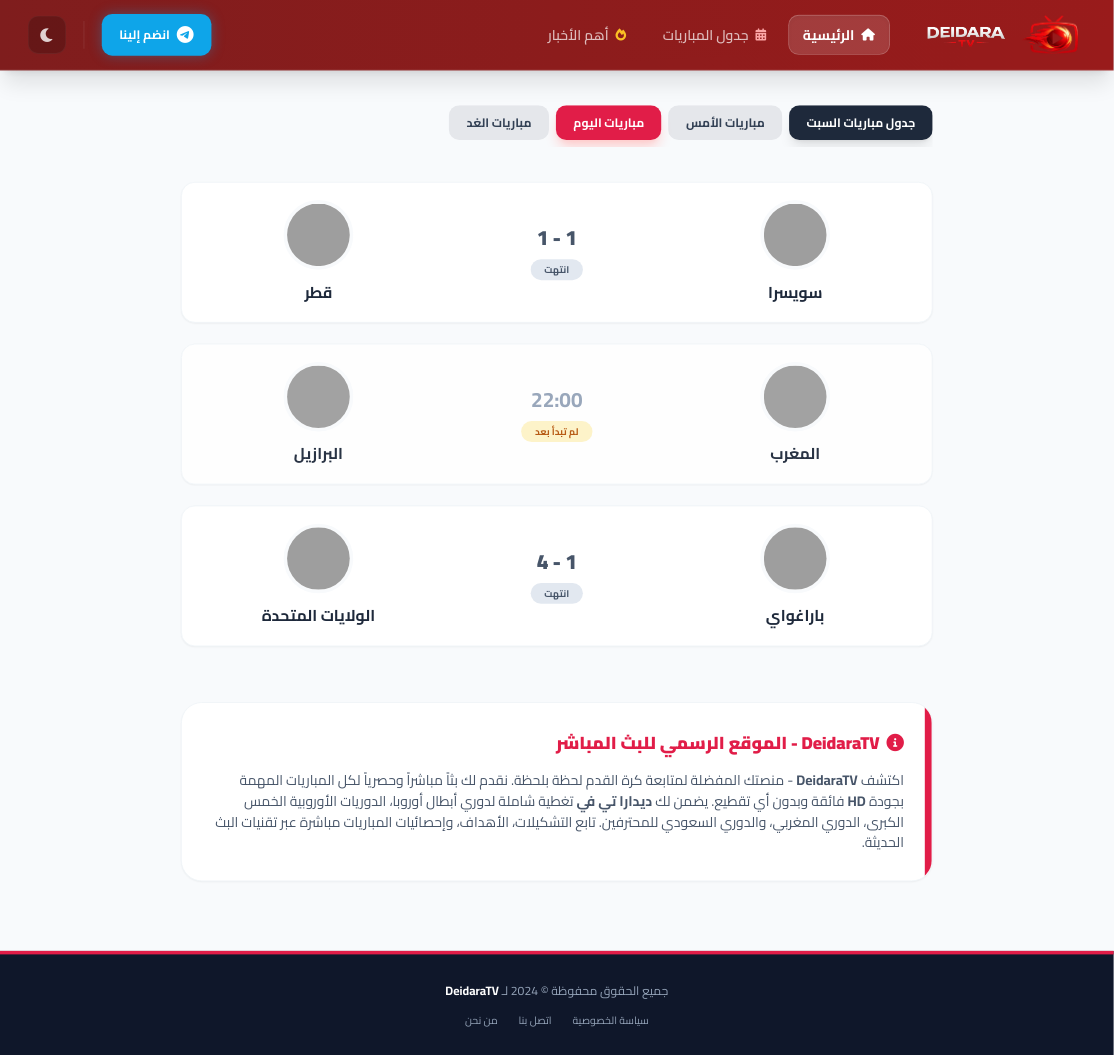
Repository: zakariax05/deidaraTV
Page: index.html
These files come from the project's save history. The page is drawn as it stood at one moment and after the next save; the edit follows.
The browser window is 1280 px wide. The pictures show the whole page, at 87% of full size.
Pictures or frames that could not be fetched are drawn as grey boxes. Some web libraries are served in a nearby version.

Above is the page before, as saved 2026-06-14 03:40:55.

After the next save:
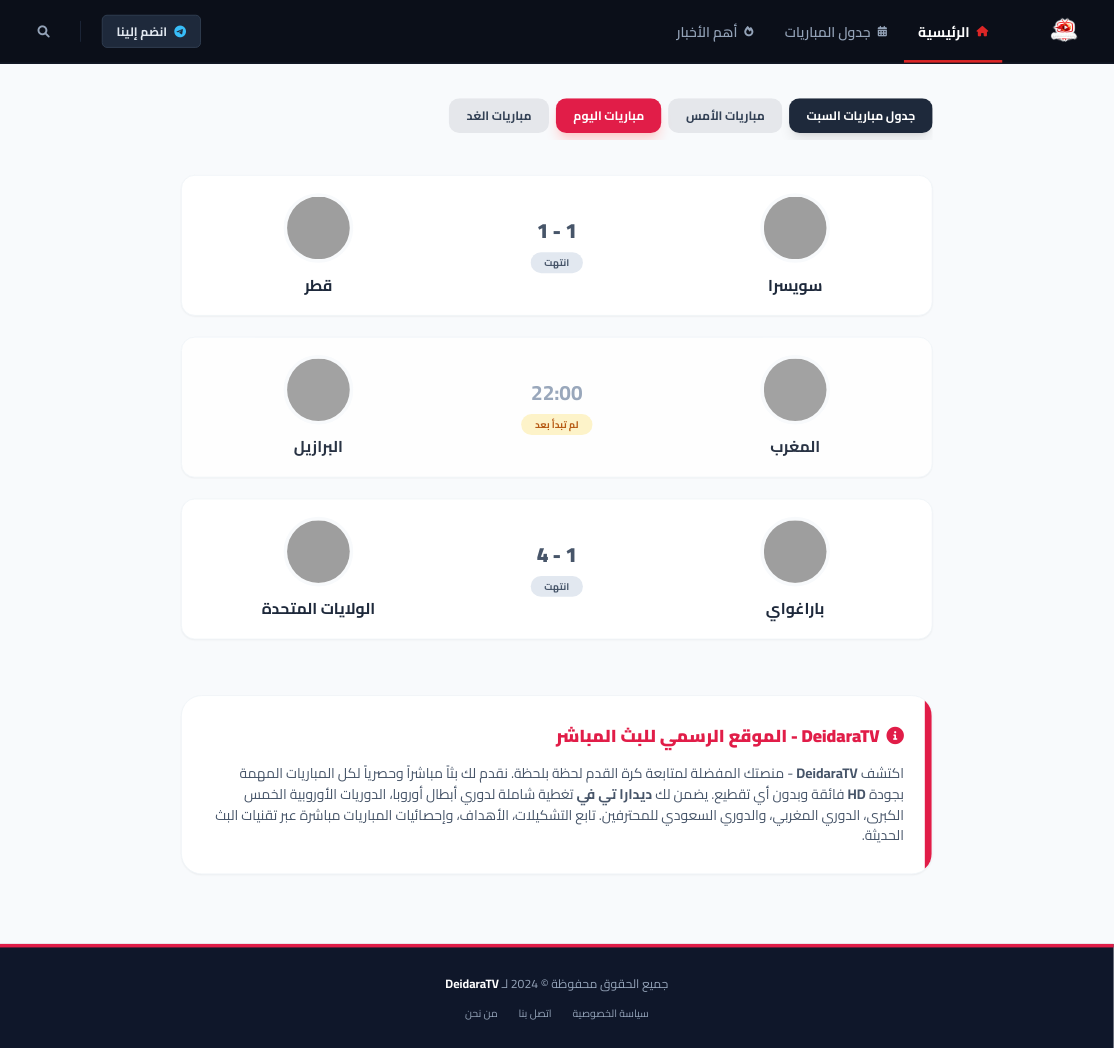
Saved 2 min 2 s later.
--- a/index.html
+++ b/index.html
@@ -41,53 +41,52 @@
 
   <!-- Header / الهيدر -->
   <!-- الهيدر المطور للرئيسية - DeidaraTV -->
-  <header
-    class="sticky top-0 z-[100] bg-gradient-to-l from-red-800 to-red-900 text-white shadow-xl backdrop-blur-lg bg-opacity-95 border-b border-white/10">
+  <header class="bg-[#0b0f19] text-slate-300 border-b border-slate-800/80 sticky top-0 z-[100]">
     <div class="container mx-auto px-4 lg:px-8">
-      <div class="flex justify-between items-center h-16 md:h-20" dir="rtl">
-
-        <div class="flex items-center gap-6 md:gap-10">
-          <div onclick="window.location.reload()" class="flex items-center gap-3 cursor-pointer group select-none">
-            <img src="imgs/icon.png" alt="DeidaraTV Icon"
-              class="h-9 md:h-12 w-auto object-contain transition-transform duration-300 group-hover:scale-105 group-hover:-rotate-3">
-            <img src="imgs/caption logo.png" alt="DeidaraTV Text"
-              class="h-6 md:h-8 w-auto object-contain transition-opacity duration-300 group-hover:opacity-90 hidden sm:block">
+      <div class="flex justify-between items-center h-16 md:h-[72px]" dir="rtl">
+
+        <div class="flex items-center gap-8 lg:gap-12">
+          <div onclick="window.location.reload()"
+            class="flex items-center gap-3 cursor-pointer group select-none relative z-50">
+            <img src="imgs/logo-deidaratv.png" alt="DeidaraTV Logo"
+              class="h-10 md:h-12 w-auto object-contain transition-opacity hover:opacity-80"
+              style="filter: drop-shadow(1px 1px 0px #fff) drop-shadow(-1px -1px 0px #fff) drop-shadow(1px -1px 0px #fff) drop-shadow(-1px 1px 0px #fff);">
           </div>
 
-          <nav class="hidden lg:flex items-center gap-2">
-            <a href="#"
-              class="flex items-center gap-2 px-4 py-2.5 rounded-xl bg-white/15 text-white font-bold transition-all border border-white/20 shadow-inner">
-              <i class="fas fa-home text-sm"></i> الرئيسية
+          <nav class="hidden lg:flex items-center gap-1 h-full">
+            <a href="#" class="relative flex items-center gap-2 px-4 h-[72px] text-white font-bold transition-colors">
+              <i class="fas fa-home text-xs text-red-600"></i> الرئيسية
+              <span class="absolute bottom-0 left-0 w-full h-[3px] bg-red-600"></span>
             </a>
             <a href="#"
-              class="flex items-center gap-2 px-4 py-2.5 rounded-xl text-white/70 hover:bg-white/10 hover:text-white transition-all font-semibold border border-transparent hover:border-white/10">
-              <i class="fas fa-calendar-alt text-sm text-red-300"></i> جدول المباريات
+              class="flex items-center gap-2 px-4 h-[72px] text-slate-400 hover:text-white hover:bg-white/5 transition-all font-semibold">
+              <i class="fas fa-calendar-alt text-xs"></i> جدول المباريات
             </a>
             <a href="#"
-              class="flex items-center gap-2 px-4 py-2.5 rounded-xl text-white/70 hover:bg-white/10 hover:text-white transition-all font-semibold border border-transparent hover:border-white/10">
-              <i class="fas fa-fire text-sm text-amber-400"></i> أهم الأخبار
+              class="flex items-center gap-2 px-4 h-[72px] text-slate-400 hover:text-white hover:bg-white/5 transition-all font-semibold">
+              <i class="fas fa-fire text-xs"></i> أهم الأخبار
             </a>
           </nav>
         </div>
 
-        <div class="flex items-center gap-3 md:gap-4">
+        <div class="flex items-center gap-4">
 
           <a href="#"
-            class="bg-sky-500 hover:bg-sky-400 text-white px-3 py-2 md:px-5 md:py-2.5 rounded-xl transition-all shadow-[0_0_15px_rgba(14,165,233,0.35)] hover:shadow-[0_0_20px_rgba(14,165,233,0.6)] hover:-translate-y-0.5 flex items-center gap-2 font-bold text-sm">
-            <i class="fab fa-telegram-plane text-lg md:text-xl"></i>
-            <span class="hidden md:inline">انضم إلينا</span>
+            class="bg-[#1e293b] hover:bg-[#334155] border border-slate-700 text-white px-4 py-2 rounded-md transition-all flex items-center gap-2 font-bold text-sm">
+            <i class="fab fa-telegram-plane text-[#38bdf8]"></i>
+            <span class="hidden md:inline text-slate-200">انضم إلينا</span>
           </a>
 
-          <div class="hidden md:block w-px h-8 bg-white/10 mx-1"></div>
+          <div class="hidden md:block w-px h-6 bg-slate-800 mx-2"></div>
 
           <button
-            class="w-10 h-10 md:w-11 md:h-11 flex items-center justify-center rounded-xl bg-black/20 hover:bg-black/40 border border-white/5 transition-all text-white/80 hover:text-white">
-            <i class="fas fa-moon text-lg"></i>
+            class="w-9 h-9 flex items-center justify-center rounded-md text-slate-400 hover:text-white hover:bg-slate-800 transition-colors">
+            <i class="fas fa-search text-sm"></i>
           </button>
 
           <button
-            class="lg:hidden w-10 h-10 flex items-center justify-center rounded-xl bg-black/20 hover:bg-black/40 border border-white/5 transition-all text-white/80 hover:text-white">
-            <i class="fas fa-bars text-xl"></i>
+            class="lg:hidden w-9 h-9 flex items-center justify-center rounded-md text-slate-400 hover:text-white hover:bg-slate-800 transition-colors">
+            <i class="fas fa-bars text-lg"></i>
           </button>
         </div>
 
